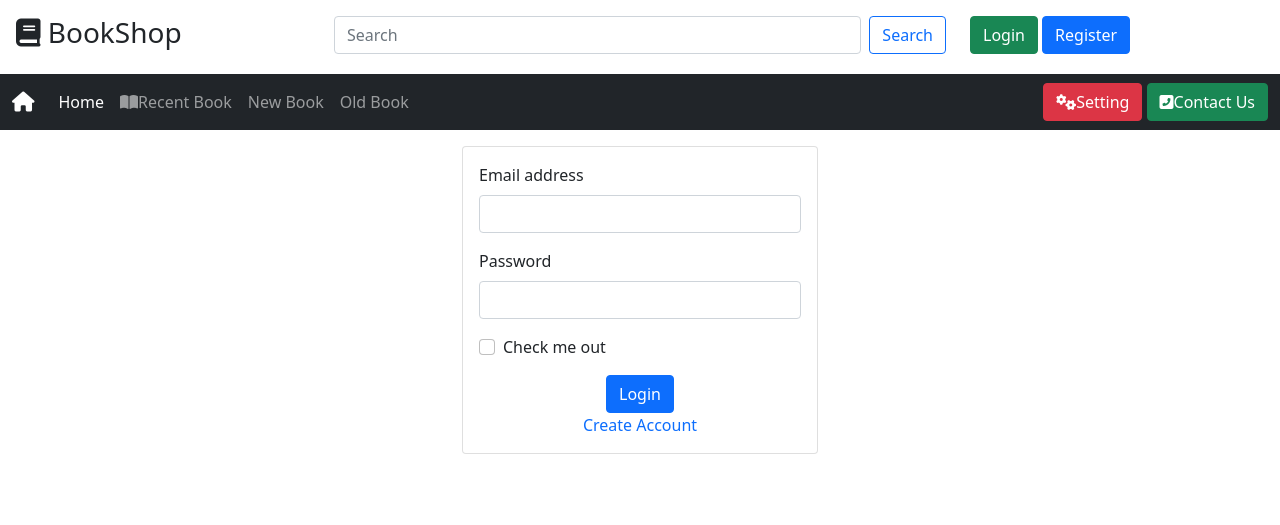
Repository: Abhishekverma23797/BookShopApp
Page: http://localhost/Ebook-App/Login.jsp
These files come from the project's save history. The page is drawn as it stood at one moment and after the next save; the edit follows.
The browser window is 1280 px wide. The pictures show the whole page.
The page is served by Tomcat 9. Other server files are loaded and not shown.

Above is the page before, as saved 2021-12-07 12:23:58.

### Ebook-App/src/main/webapp/Login.jsp
<%@ page language="java" contentType="text/html; charset=ISO-8859-1"
	pageEncoding="ISO-8859-1"%>
<!DOCTYPE html>
<html>
<head>
<meta charset="ISO-8859-1">
<title>BookShop: Login</title>
<style type="text/css">
a:link {
  text-decoration: none;


</style>
<%@include file="All_Component/AllCss.jsp"%>
</head>
<body>
	<%@include file="All_Component/navbar.jsp"%>

	<div class="container">
		<div class="row">
			<div class="col-md-4 offset-md-4">

				<div class="card mt-3">

					<div class="card-body">
						<form>
							<div class="mb-3">
								<label for="exampleInputEmail1" class="form-label">Email
									address</label> <input type="email" class="form-control"
									id="exampleInputEmail1" aria-describedby="emailHelp">

							</div>
							<div class="mb-3">
								<label for="exampleInputPassword1" class="form-label">Password</label>
								<input type="password" class="form-control"
									id="exampleInputPassword1">
							</div>
							<div class="mb-3 form-check">
								<input type="checkbox" class="form-check-input"
									id="exampleCheck1"> <label class="form-check-label"
									for="exampleCheck1">Check me out</label>
							</div>
							 <div class="text-center">
							<button type="submit" class="btn btn-primary">Login</button> <br>
							<a href="Register.jsp" text-decoration="none";>Create Account</a>
							</div>
						</form>

					</div>

				</div>
			</div>
		</div>
	</div>
</body>
</html>

### Ebook-App/src/main/webapp/All_Component/AllCss.jsp
<!-- CSS only -->
<link
	href="https://cdn.jsdelivr.net/npm/bootstrap@5.1.3/dist/css/bootstrap.min.css"
	rel="stylesheet"
	integrity="sha384-1BmE4kWBq78iYhFldvKuhfTAU6auU8tT94WrHftjDbrCEXSU1oBoqyl2QvZ6jIW3"
	crossorigin="anonymous">


<!-- JavaScript Bundle with Popper -->
<script
	src="https://cdn.jsdelivr.net/npm/bootstrap@5.1.3/dist/js/bootstrap.bundle.min.js"
	integrity="sha384-ka7Sk0Gln4gmtz2MlQnikT1wXgYsOg+OMhuP+IlRH9sENBO0LRn5q+8nbTov4+1p"
	crossorigin="anonymous"></script>


<link rel="stylesheet"
	href="https://cdnjs.cloudflare.com/ajax/libs/font-awesome/6.0.0-beta3/css/all.min.css"
	integrity="sha512-Fo3rlrZj/k7ujTnHg4CGR2D7kSs0v4LLanw2qksYuRlEzO+tcaEPQogQ0KaoGN26/zrn20ImR1DfuLWnOo7aBA=="
	crossorigin="anonymous" referrerpolicy="no-referrer" />

<link rel="stylesheet" href="All_Component/style.css">

### Ebook-App/src/main/webapp/All_Component/navbar.jsp

<div class="container-fluid p-3">


	<div class="row">

		<div class="col-md-3">

			<h3>

				<i class="fas fa-book"></i> BookShop
			</h3>
		</div>

		<div class="col-md-6">
			<form class="d-flex">
				<input class="form-control me-2 my-lg-0" type="search"
					placeholder="Search" aria-label="Search">
				<button class="btn btn-outline-primary" type="submit">Search</button>
			</form>
		</div>

		<div class="col-md-3">

			<a href="Login.jsp" class="btn btn-success">Login</a> <a
				href="Register.jsp" class="btn btn-primary">Register</a>

		</div>

	</div>

</div>
<nav class="navbar navbar-expand-lg navbar-dark bg-dark bg-custom">
	<div class="container-fluid">
		<a class="navbar-brand" href="#"><i class="fas fa-home"></i></a>
		<button class="navbar-toggler" type="button" data-bs-toggle="collapse"
			data-bs-target="#navbarSupportedContent"
			aria-controls="navbarSupportedContent" aria-expanded="false"
			aria-label="Toggle navigation">
			<span class="navbar-toggler-icon"></span>
		</button>
		<div class="collapse navbar-collapse" id="navbarSupportedContent">
			<ul class="navbar-nav me-auto mb-2 mb-lg-0">
				<li class="nav-item"><a class="nav-link active"
					aria-current="page" href="#"> Home</a></li>

				<li class="nav-item"><a class="nav-link" href="#"><i
						class="fas fa-book-open"></i>Recent Book</a></li>

				<li class="nav-item"><a class="nav-link" href="#">New Book</a></li>

				<li class="nav-item"><a class="nav-link" href="#">Old Book</a>
				</li>
			</ul>
			<form class="from-inline my-2 my-lg-0">
				<button class="btn btn-danger my-2 my-sm-0 ml-1" type="submit">
					<i class="fas fa-cogs"></i>Setting
				</button>
				<button class="btn btn-success" type="submit">
					<i class="fas fa-phone-square-alt"></i>Contact Us
				</button>
			</form>
		</div>
	</div>
</nav>

### Ebook-App/src/main/webapp/All_Component/style.css

.bg-custom{

	background-color: #303f9f;
}

.navbar .nav-item:hover  {

	background-color: black;
	color: blue;
	border-radius: 20px

}

After the next save:
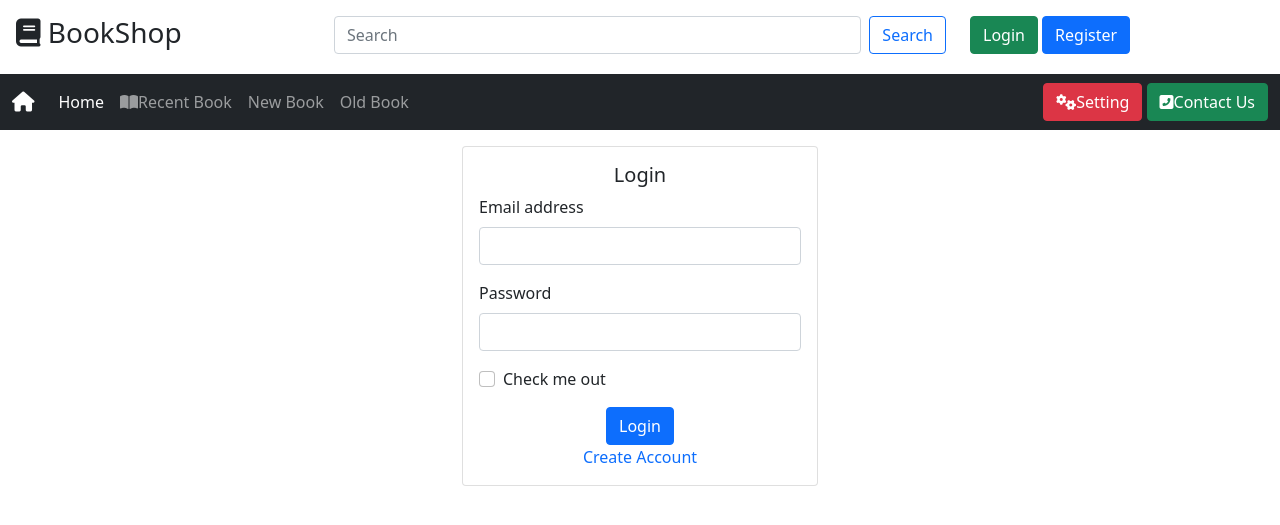
Saved 54 s later.
--- a/Ebook-App/src/main/webapp/Login.jsp
+++ b/Ebook-App/src/main/webapp/Login.jsp
@@ -23,6 +23,7 @@ a:link {
 				<div class="card mt-3">
 
 					<div class="card-body">
+					<h5 class="text-center">Login</h5>
 						<form>
 							<div class="mb-3">
 								<label for="exampleInputEmail1" class="form-label">Email
